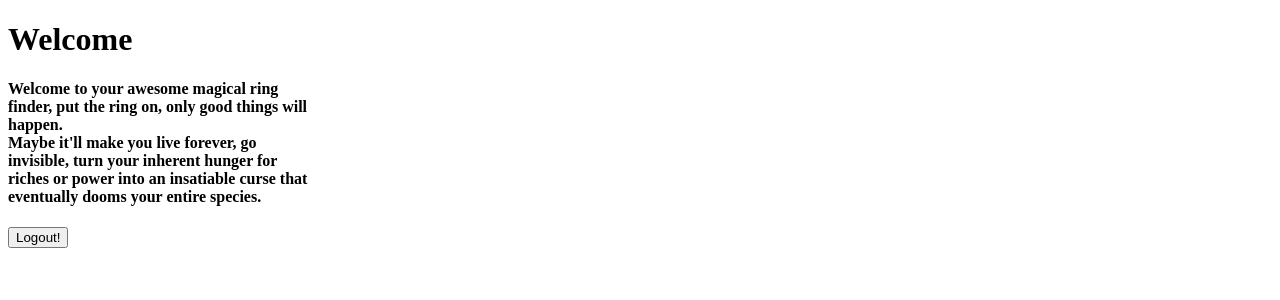
Repository: jshin07/Java
Page: http://localhost/javareviewer/WEB-INF/bind_darkness.jsp
An editor plug-in stored every save of this project. The page is shown before and after the next save, followed by the edit.
The browser window is 1280 px wide. The pictures show the whole page.
The page is served by Tomcat 9. Nobody is signed in. The template is opened directly, without the code that normally fills it, so the values that code supplies are empty.

Above is the page before, as saved 2017-07-25 21:20:33.

After the next save:
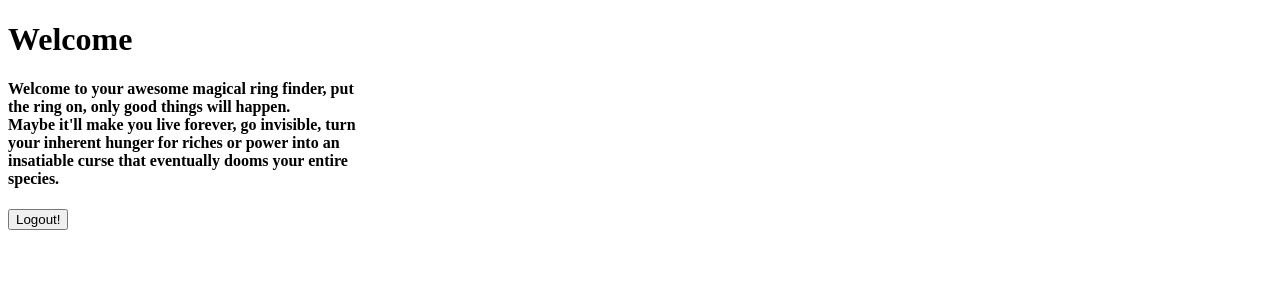
Saved 10 s later.
--- a/SpringTool/javareviewer/src/main/webapp/WEB-INF/bind_darkness.jsp
+++ b/SpringTool/javareviewer/src/main/webapp/WEB-INF/bind_darkness.jsp
@@ -11,7 +11,7 @@
 <body>
 	<style>
 		h4 {
-		width: 300px;
+		width: 350px;
 		}
 	</style>
 	<h1>Welcome <c:out value="${currentUser.firstName}"></c:out></h1>
